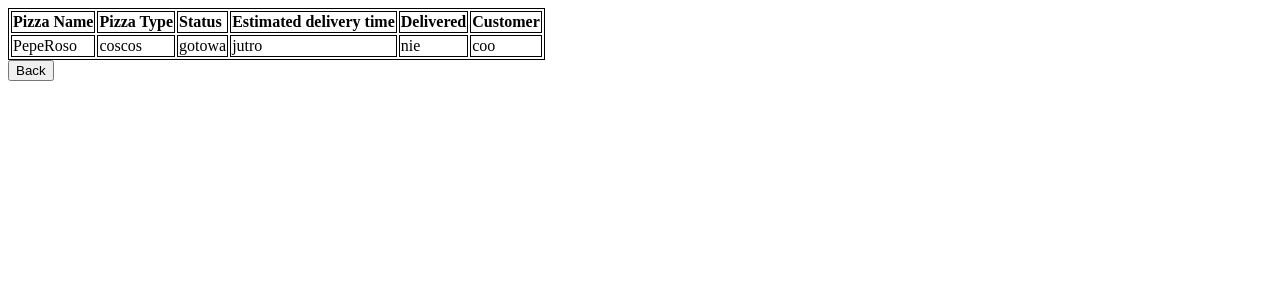
Repository: wisni4k/html-trainee
Page: testWeb/WebContent/OrdersList.html
These files come from the project's save history. The page is drawn as it stood at one moment and after the next save; the edit follows.
The browser window is 1280 px wide. The pictures show the whole page.

Above is the page before, as saved 2015-07-10 13:15:43.

After the next save:
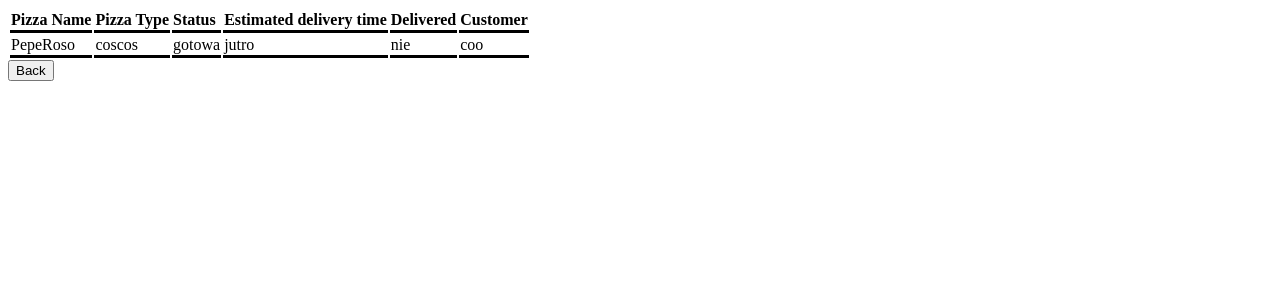
Saved 6 s later.
--- a/testWeb/WebContent/TableStyle.css
+++ b/testWeb/WebContent/TableStyle.css
@@ -6,11 +6,3 @@ table td{
 	margin-right: auto;
 	border-bottom-style: solid;
 }
-
-table, th, td {
-	border: 1px solid black;
-}
-
-td:FIRST-LINE {
-	border: 1px solid red;
-}
